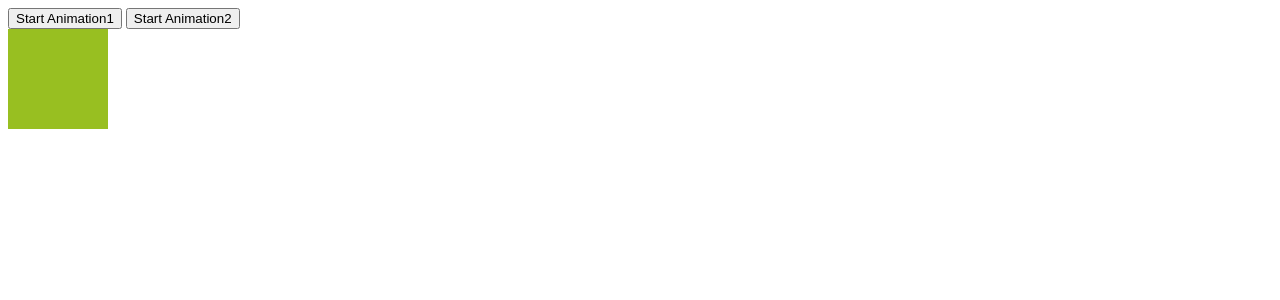
Repository: sudheerj/jQuery
Page: jQueryExamples/chapter05/Remove.html
An editor plug-in stored every save of this project. The page is shown before and after a run of saves, followed by the edit.
The browser window is 1280 px wide. The pictures show the whole page.

Above is the page before, as saved 2016-10-21 14:44:59.

### jQueryExamples/chapter05/Remove.html
<!DOCTYPE html>
<html>
<head>
	<title>jQuery Animate</title>
	<script type="text/javascript" src="..\jquery\jquery-3.1.1.min.js"></script>
	<script>
$(document).ready(function(){
	 $("#button1").click(function(){
        $("#div1").animate({
            left: '250px',
            height: '+=150px',
            width: '+=150px'
        });
    });

    $("#button2").click(function(){
        var div = $("#div2");
        div.animate({height: '300px', opacity: '0.4'}, "slow");
        div.animate({width: '300px', opacity: '0.8'}, "slow");
        div.animate({height: '100px', opacity: '0.4'}, "slow");
        div.animate({width: '100px', opacity: '0.8'}, "slow");
    });
});
</script>
</head>
<body>

<button id="button1">Start Animation1</button>
<button id="button2">Start Animation2</button>

<div id="div1" style="background:#98bf21;height:100px;width:100px;position:absolute;"></div>
<div id="div2" style="background:#98bf21;height:100px;width:100px;position:absolute;"></div>
</body>
</html>

Loaded but not shown: jQueryExamples/jquery/jquery-3.1.1.min.js (library)

After the next 2 saves:
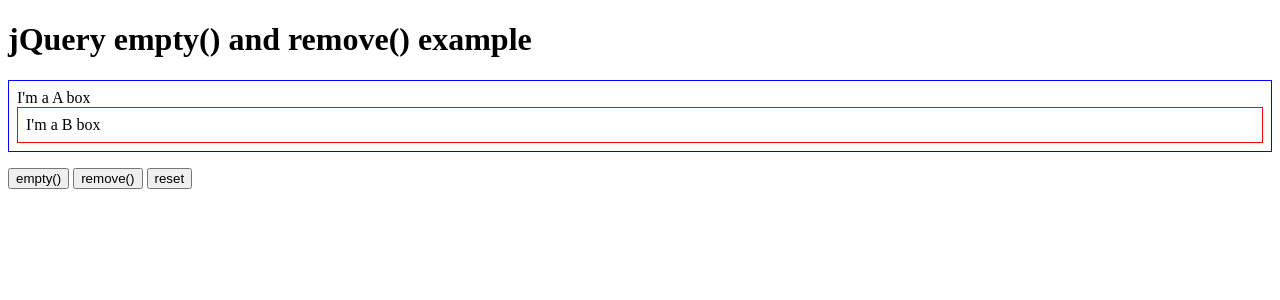
The 2 saves are shown as one change because they came seconds apart.
The last was saved 12 min 6 s later.
--- a/jQueryExamples/chapter05/Remove.html
+++ b/jQueryExamples/chapter05/Remove.html
@@ -1,34 +1,59 @@
 <!DOCTYPE html>
 <html>
-<head>
-	<title>jQuery Animate</title>
-	<script type="text/javascript" src="..\jquery\jquery-3.1.1.min.js"></script>
-	<script>
-$(document).ready(function(){
-	 $("#button1").click(function(){
-        $("#div1").animate({
-            left: '250px',
-            height: '+=150px',
-            width: '+=150px'
-        });
-    });
+	<head>
+		<title>jQuery Animate</title>
+		<script type="text/javascript" src="..\jquery\jquery-3.1.1.min.js"></script>
+		<style type="text/css">
+			.ABox {
+				padding: 8px;
+				border: 1px solid blue;
+			}
+			.BBox {
+				padding: 8px;
+				border: 1px solid red;
+			}
+		</style>
 
-    $("#button2").click(function(){
-        var div = $("#div2");
-        div.animate({height: '300px', opacity: '0.4'}, "slow");
-        div.animate({width: '300px', opacity: '0.8'}, "slow");
-        div.animate({height: '100px', opacity: '0.4'}, "slow");
-        div.animate({width: '100px', opacity: '0.8'}, "slow");
-    });
-});
-</script>
-</head>
-<body>
+	</head>
+	<body>
+		<h1>jQuery empty() and remove() example</h1>
 
-<button id="button1">Start Animation1</button>
-<button id="button2">Start Animation2</button>
+		<div class="ABox">
+			I'm a A box
+			<div class="BBox">
+				I'm a B box
+			</div>
+		</div>
 
-<div id="div1" style="background:#98bf21;height:100px;width:100px;position:absolute;"></div>
-<div id="div2" style="background:#98bf21;height:100px;width:100px;position:absolute;"></div>
-</body>
+		<p>
+			<button id="empty">
+				empty()
+			</button>
+			<button id="remove">
+				remove()
+			</button>
+			<button id="reset">
+				reset
+			</button>
+		</p>
+
+		<script type="text/javascript">
+			$("#reset").click(function() {
+				location.reload();
+			});
+
+			$("#empty").click(function() {
+
+				$('.ABox').empty();
+
+			});
+
+			$("#remove").click(function() {
+
+				$('.ABox').remove();
+
+			});
+
+		</script>
+	</body>
 </html>
